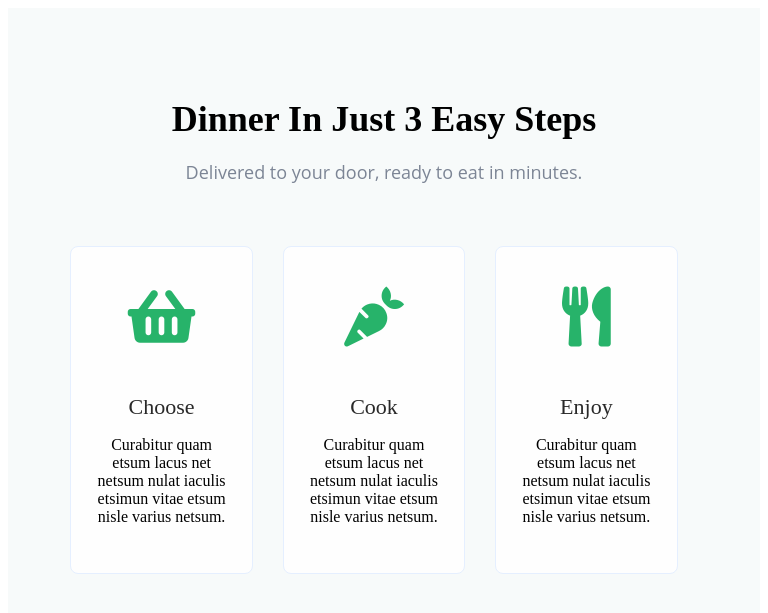
Repository: ST-United-Internship/leadpage
Page: card-UI.html
An editor plug-in stored every save of this project. The page is shown before and after a run of saves, followed by the edit.
The browser window is 768 px wide. The pictures show the whole page.

Above is the page before, as saved 2023-03-15 15:18:44.

### card-UI.html
<!DOCTYPE html>
<html lang="en">
<head>
    <meta charset="UTF-8">
    <meta http-equiv="X-UA-Compatible" content="IE=edge">
    <meta name="viewport" content="width=device-width, initial-scale=1.0">
    <title>Document</title>
    <link rel="stylesheet" href="css/card-UI.css">
    <link rel="stylesheet" href="css/common.css">
    <link rel="stylesheet" href="https://use.fontawesome.com/releases/v5.15.4/css/all.css" integrity="sha384-DyZ88mC6Up2uqS4h/KRgHuoeGwBcD4Ng9SiP4dIRy0EXTlnuz47vAwmeGwVChigm" crossorigin="anonymous"/>
</head>
<body>
        <section>
            <!--begin title-->
            <div class="about">
                <div class="row-title">
                    <div class="title-text">
                        <h2>Dinner In Just 3 Easy Steps</h2>
                        <p>Delivered to your door, ready to eat in minutes.</p>
                    </div>
                </div>
            </div>
            <!--begin card-->
            <div class="card-UI">
                <div class="about">
                    <div class="columm">
                        <div class="title-card">
                            <i class="fas fa-shopping-basket"></i>
                            <h3>Choose</h3>
                            <p>Curabitur quam etsum lacus net netsum nulat iaculis etsimun vitae etsum nisle varius netsum.</p>
                        </div>
                        <div class="title-card">
                            <i class="fas fa-carrot"></i>
                            <h3>Cook</h3>
                            <p>Curabitur quam etsum lacus net netsum nulat iaculis etsimun vitae etsum nisle varius netsum.</p>
                        </div>
                        <div class="title-card">
                            <i class="fas fa-utensils"></i>
                            <h3>Enjoy</h3>
                            <p>Curabitur quam etsum lacus net netsum nulat iaculis etsimun vitae etsum nisle varius netsum.</p>
                        </div>
                    </div>
                </div>
            </div>
        </section>
</body>
</html>

### css/card-UI.css
section{
    background: #f7fafa;
    padding: 90px 0 100px 0;
}

.about{
    background-color: #f7fafa;
}

.row-title{
    text-align: center;
}
 .title-text{
    text-align: center;
}

.about .row-title .title-text h2{
    font-size: 36px;
    margin-bottom: 10px;
    margin-top: 0px;
}

.about .row-title .title-text p{
    font-size: 18px;
    line-height: 28px;
    font-weight: 400;
    color: #7c8595;
    margin-bottom: 15px;
    font-family: 'Open Sans', sans-serif;
}

.card-UI{
    position: relative;
}

.card-UI .about .columm{
    display: flex;
    justify-content: center;
}

.title-card{
    position: relative;
    margin: 45px 25px 5px 5px;
    padding: 40px 15px 32px 15px;
    overflow: hidden;
    text-align: center;
    border: 1px solid #e5efff;
    background-color: #fefefe;
    border-radius: 8px 8px;
    transition: all 1s;
    width: 20%;
    height: 50%;

}

.title-card:hover{
    border: 1px solid #27b36a;
    transform: scale(1.05, 1.05);
}

.columm::after, ::before{
    box-sizing: border-box;
}

.card-UI .about .columm .title-card i{
    margin-bottom: 25px;
    font-size: 60px;
    color: #27b36a;
}

.card-UI .about .columm .title-card h3{
    font-size: 22px;
    font-weight: 500;
    color: #292929;
    margin-bottom: 15px;
}

.card-UI .about .columm .title-card p{
    padding: 0 10px;
    margin-bottom: 15px
}


@media only screen and (max-width:1000px) {

}

### css/common.css
.container {
  max-width: 80%;
  margin: auto;
  border: 1px solid blue;
}
.card {
  width: 400px;
}
.space-vertical {
  padding: 20px 0;
}

.space-horizontal {
  padding: 0 20px;
}

*,
**,
*::before,
*::after {
  box-sizing: border-box;
}

After the next 2 saves:
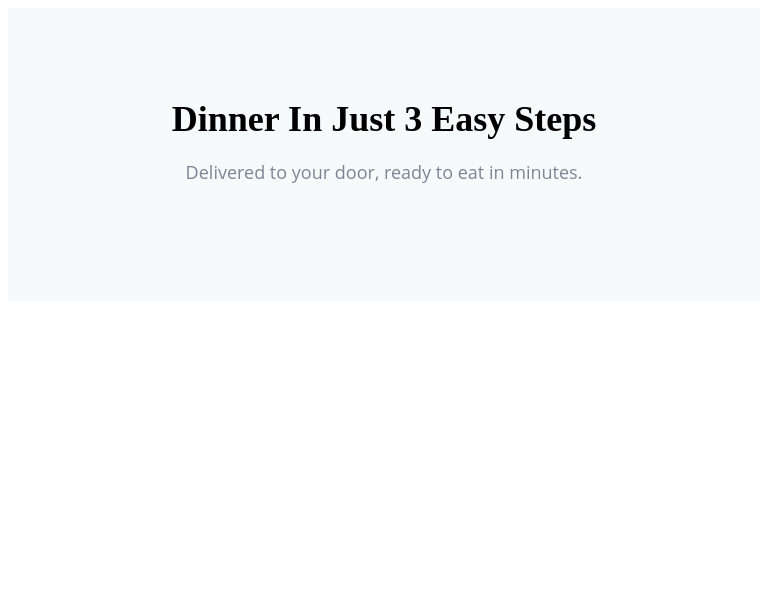
The 2 saves are shown as one change because they came seconds apart.
The last was saved 16 s later.
--- a/css/card-UI.css
+++ b/css/card-UI.css
@@ -82,5 +82,7 @@
 
 
 @media only screen and (max-width:1000px) {
-
+    .title-card{
+        display: none;
+    }
 }

After the save that followed:
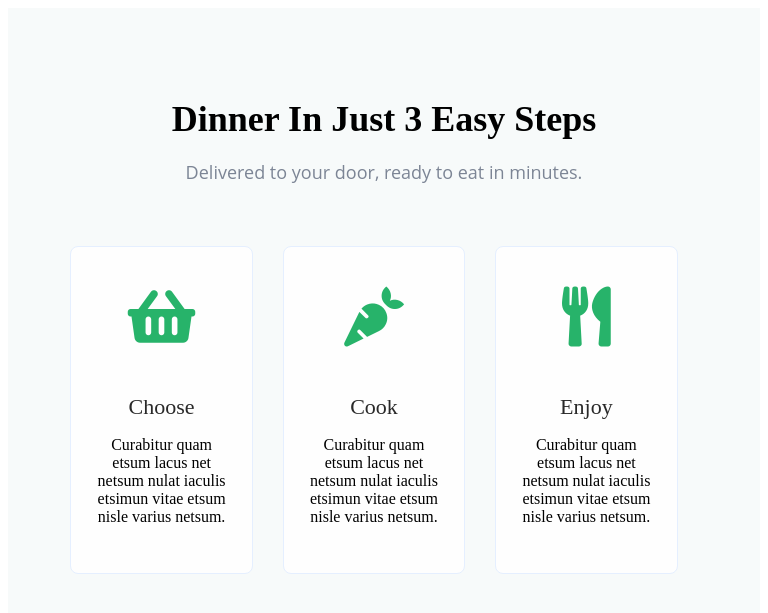
Saved 26 s later.
--- a/css/card-UI.css
+++ b/css/card-UI.css
@@ -83,6 +83,6 @@
 
 @media only screen and (max-width:1000px) {
     .title-card{
-        display: none;
+        display: inline;
     }
 }
